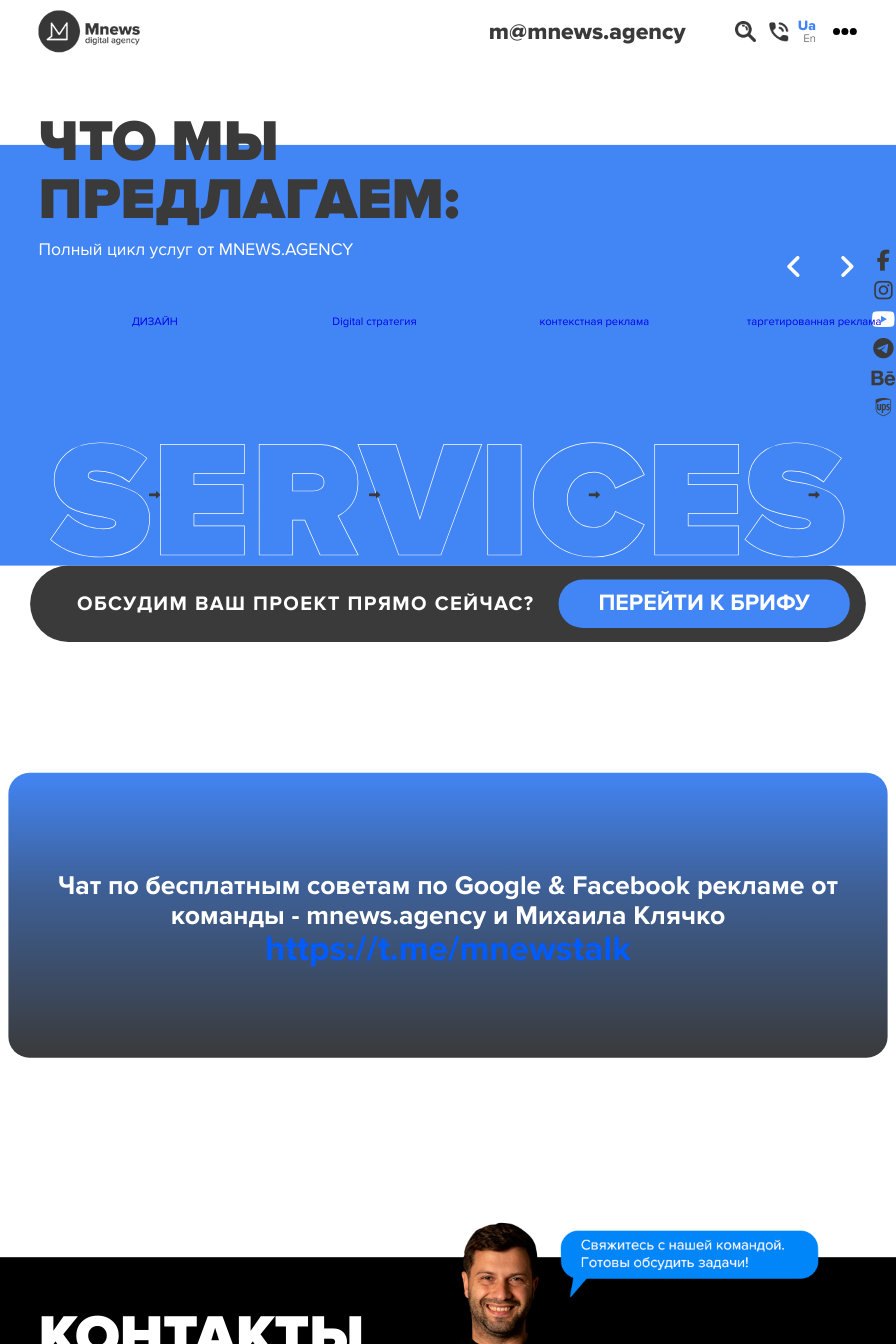
Repository: fanbear/Mnews
Page: services.html
The author's editor kept a copy of each file at every save. The page is drawn from the files as they stood at one save, then again after the next save.
The browser window is 1280 px wide. The pictures show the part of the page from y = 0 to 1920 px (the page is 3161 px tall), at 70% of full size.
Some web libraries are served in a nearby version.

Above is the page before, as saved 2022-08-09 16:02:13.

### services.html
<!DOCTYPE html>
<html lang="ua">

<head>
    <meta charset="UTF-8">
    <meta http-equiv="X-UA-Compatible" content="IE=edge">
    <meta name="viewport" content="width=device-width, initial-scale=1">
    <title>Document</title>
    <link rel="stylesheet" href="./css/normalize.css">
    <link rel="stylesheet" href="./css/bootstrap-grid.min.css">
    <link rel="stylesheet" href="./css/critical.css">
    <link rel="stylesheet" href="./css/main.css">
    <link rel="stylesheet" href="https://cdnjs.cloudflare.com/ajax/libs/font-awesome/6.1.2/css/all.min.css">
    <link rel="stylesheet" type="text/css" href="./css/slick.css" />


</head>

<body>
    <header class="header">
        <div class="container">
            <div class="row">
                <div class="col-xl-2">
                    <a href="/" class="header-logo">
                        <img src="./image/logotype.png" alt="Mnews" width="145" height="60">
                    </a>
                </div>
                <div class="col-xl-4"></div>
                <div class="col-xl-4"><a class="header-mail" href="mailTo:m@mnews.agency ">m@mnews.agency</a></div>
                <div class="col-xl-1 header-active">
                    <div class="header-search">
                        <img src="./image/search.png" alt="search-mnews" width="30" height="30">
                    </div>
                    <div class="header-callback">
                        <a href="tel:09966668741"><img src="./image/callback.png" width="27" height="27"
                                alt="mnews-callback"></a>
                    </div>
                </div>
                <div class="col-xl-1 header-menu">
                    <div class="header-language">
                        <a class="header-language__active" href="/">Ua</a>
                        <a href="/en">En</a>
                    </div>
                    <div class="header-menu">
                        <div class="header-menu__button">
                            <span class="circle"></span>
                            <span class="circle"></span>
                            <span class="circle"></span>
                        </div>
                        <div class="header-menu__list">
                            <ul>
                                <li><a href="/">О нас</a></li>
                                <li><a href="/">Отзывы</a></li>
                                <li><a href="/">Услуги</a></li>
                                <li><a href="/">Портфолио</a></li>
                                <li><a href="/">Клиенты</a></li>
                                <li><a href="/">Статьи</a></li>
                                <li><a href="/">Курс по Merchant Center</a></li>
                                <li><a href="/">Курсы по digital маркетингу</a></li>
                            </ul>
                        </div>
                    </div>
                </div>
            </div>
        </div>
    </header>
    <main class="main">
        <div class="services-page container-fluid">
            <div class="container services-page__wrapper">
                <div class="row">
                    <div class="services-page__title">Что мы <br> предлагаем:</div>
                    <div class="services-page__subtitle">Полный цикл услуг от MNEWS.AGENCY</div>
                </div>
            </div>
            <div class="container-fluid">
                <div class="slider-wrapper slider-services">
                    <div class="slider-item">
                        <div class="slider-item__theme">
                            <a href="/Mnews">Digital стратегия</a>
                            <span><i class="fa-solid fa-right-long"></i></span>
                        </div>
                    </div>
                    <div class="slider-item">
                        <div class="slider-item__theme">
                            <a href="/Mnews">контекстная реклама</a>
                            <span><i class="fa-solid fa-right-long"></i></span>
                        </div>
                    </div>
                    <div class="slider-item">
                        <div class="slider-item__theme">
                            <a href="/Mnews">таргетированная реклама</a>
                            <span><i class="fa-solid fa-right-long"></i></span>
                        </div>
                    </div>
                    <div class="slider-item">
                        <div class="slider-item__theme">
                            <a href="/Mnews">SEO</a>
                            <span><i class="fa-solid fa-right-long"></i></span>
                        </div>
                    </div>
                    <div class="slider-item">
                        <div class="slider-item__theme">
                            <a href="/Mnews">EMAIL МАРКЕТИНГ</a>
                            <span><i class="fa-solid fa-right-long"></i></span>
                        </div>
                    </div>
                    <div class="slider-item">
                        <div class="slider-item__theme">
                            <a href="/Mnews">РАЗРАБОТКА САЙТОВ</a>
                            <span><i class="fa-solid fa-right-long"></i></span>
                        </div>
                    </div>
                    <div class="slider-item">
                        <div class="slider-item__theme">
                            <a href="/Mnews">SMM</a>
                            <span><i class="fa-solid fa-right-long"></i></span>
                        </div>
                    </div>
                    <div class="slider-item">
                        <div class="slider-item__theme">
                            <a href="/Mnews">ЧАТ-БОТ ДЛЯ БИЗНЕСА</a>
                            <span><i class="fa-solid fa-right-long"></i></span>
                        </div>
                    </div>
                    <div class="slider-item">
                        <div class="slider-item__theme">
                            <a href="/Mnews">ДИЗАЙН</a>
                            <span><i class="fa-solid fa-right-long"></i></span>
                        </div>
                    </div>
                </div>
            </div>
            <div class="overtext"><span>SERVICES</span></div>
            <div class="main-agency__network">
                <a href="/"><i class="fa-brands fa-facebook-f"></i></a>
                <a href="/"><i class="fa-brands fa-instagram"></i></a>
                <a href="/"><i class="fa-brands fa-youtube"></i></a>
                <a href="/"><i class="fa-brands fa-telegram"></i></a>
                <a href="/"><i class="fa-brands fa-behance"></i></a>
                <a href="/"><i class="fa-brands fa-ups"></i></a>
            </div>
        </div>

        <div class="container brif">
            <div class="row">
                <div class="brif-wrapper">
                    <div class="brif-title">Обсудим Ваш проект прямо сейчас?</div>
                    <div class="brif-button"><a href="">Перейти к брифу</a></div>
                </div>
            </div>
        </div>
        <div class="container telegram">
            <div class="telegram-title">
                Чат по бесплатным советам по Google & Facebook рекламе
                от команды - mnews.agency и Михаила Клячко
            </div>
            <div class="telegram-subtitle"><a href="">https://t.me/mnewstalk</a></div>
        </div>
    </main>
    <footer class="footer">
        <div class="footer-wrapper">
            <div class="container">
                <div class="row">
                    <div class="footer-contact col-xl-5">
                        <div class="footer-contact__title">КОНТАКТЫ</div>
                        <div class="footer-contact__phone"> <a href="tel:0671995056">+38 (067) 199 50 56</a></div>
                        <div class="footer-contact__mail"><a href="mailto:m@mnews.agency ">m@mnews.agency</a></div>
                        <div class="footer-contact__adress">г. Харьков, пер. Отакара Яроша, 12 а, 61000, Харьков,
                            Харьковская область
                        </div>
                        <div class="footer-contact__social">
                            <a href="/"><i class="fa-brands fa-facebook-f"></i></a>
                            <a href="/"><i class="fa-brands fa-instagram"></i></a>
                            <a href="/"><i class="fa-brands fa-youtube"></i></a>
                            <a href="/"><i class="fa-brands fa-telegram"></i></a>
                            <a href="/"><i class="fa-brands fa-behance"></i></a>
                            <a href="/"><i class="fa-brands fa-ups"></i></a>
                            <a href=""></a>
                        </div>
                    </div>
                    <div class="col-xl-7 footer-promo">
                        <img class="img-responsive" src="./image/footer-raiting-img.png" alt="">
                        <div class="footer-promo__raiting">
                            <img class="img-responsive" src="./image/footer-raiting-1.jpg" alt="Google-партнером-1">
                            <img class="img-responsive" src="./image/footer-raiting-2.jpg" alt="Google-партнером-2">
                            <img class="img-responsive" src="./image/footer-raiting-3.jpg" alt="Google-партнером-3">
                            <img class="img-responsive" src="./image/footer-raiting-4.jpg" alt="Google-партнером-4">
                        </div>
                    </div>
                    <div class="col-xl-12 fotter-bottom">
                        <img class="img-responsive" src="./image/footer-bottom-1.jpg"
                            alt="Спілка українськиї Підприємств">
                        <img class="img-responsive" src="./image/footer-bottom-2.png" alt="Kharkiv it claster">
                    </div>
                </div>
            </div>
            <div class="footer-copyright">
                <div class="container">
                    <div class="row">
                        <div class="col-xl-12 footer-logo">
                            <img class="img-responsive" src="./image/footer-logo.png" alt="mnews">
                        </div>
                        <div class="col-xl-12 footer-text">
                            <p>Copyright © 2016-2022 - агентство интернет-маркетинга Михаила Клячко - mnews.agency
                                Этот сайт использует cookie-файлы для предоставления услуг в соответствии с нашей
                                политикой конфиденциальности.
                                Ваши данные никогда не будут переданы 3-м лицам или использованы в мошеннических целях.
                            </p>
                        </div>
                        <div class="col-xl-12 footer-text-2">
                            <p>Вы можете указать условия хранения или доступа cookie в вашем браузере.</p>
                            <a href="">договор публичной оферты</a>
                        </div>
                        <div class="col-xl-12 fotter-edr">
                            <p>ОВ МАРКЕТИНГ НЬЮ СОЛЮШНС</p>
                            <p>Код ЄДРПОУ: 44532753</p>
                        </div>
                        <div class="col-xl-12 footer-place">
                            <p>Юридична адреса: Україна, Харківська область, місто Харків, провулок Отакара Яроша, буд.
                                12А</p>
                        </div>
                    </div>
                </div>
            </div>
        </div>

        <script src="/js/bootstrap.min.js"></script>
        <script src="js/menu.js"></script>
        <script src="js/main.js"></script>
        <script src="https://kit.fontawesome.com/97e5db9e95.js" crossorigin="anonymous"></script>
        <script src="https://code.jquery.com/jquery-1.11.0.min.js"></script>
        <script src="https://code.jquery.com/jquery-migrate-1.2.1.min.js"></script>
        <script src="./js/slick.min.js"></script>
        <script src="./js/slider.js"></script>


    </footer>
</body>



</html>

### css/critical.css
@import 'settings.css';

html, body {
    overflow-x: hidden;
}

.container {
    max-width: 1170px;
}

.container-fluid {
    padding: 0;
}

a {
    text-decoration: none;
    padding: 0;
    margin: 0;
    line-height: 1;
}

p {
    padding: 0;
    margin: 0;
    line-height: 1;
}

ul {
    padding: 0;
    margin: 0;
    list-style: none;
}

body {
    font-family: "ProximaNova";
    color: var(--main-text-color);
}

/* Header style **********************
***************************************/
header {
    height: 90px;
    display: flex;
    justify-content: center;
    align-items: center;
}

.header-mail {
    display: flex;
    align-items: center;
    justify-content: center;
    height: 100%;
    color: var(--main-text-color);
    font-size: var(--standart-text-size);
    font-weight: bold;

}

.header-active {
    display: flex;
    align-items: center;
    justify-content: space-between;
}

.header-menu {
    display: flex;
    justify-content: space-between;
}

.header-language {
    display: flex;
    height: 100%;
    flex-direction: column;
    justify-content: center;
    margin-left: -10px;
}

.header-language a {
    font-size: 16px;
    color: var(--main-text-color);
    display: flex;
    justify-content: flex-end;
    font-weight: 200;
}

.header-language .header-language__active {
    font-size: 20px;
    color: #4285f4;
    display: flex;
    justify-content: flex-end;
    font-weight: bold;
}

.header-menu {
    position: relative;
}

.header-menu__button {
    display: flex;
    align-items: center;
    flex-direction: row;
    cursor: pointer;
    animation: menu-close 0.8s
}

.header-menu__button span {
    width: 10px;
    height: 10px;
    background: black;
    border-radius: 6px;
    margin: 0 1px;
}

.header-menu__button-active {
    justify-content: center;
    animation: menu-open 0.8s;
    flex-direction: column;
}

.header-menu__button-active span {
    background: #4285f4;
    transition: 0.4s;
    margin: 1px 0;
}




.header-menu__list {
    opacity: 0;
    position: absolute;
    top: -400px;
    right: -300px;
    background: var(--color-darkgrey);
    padding: 12px 15px 19px 29px;
    z-index: 9999;
    width: 190px;
    border-radius: 30px 0 30px 30px;
    animation: list-close 0.6s
}

.header-menu__list ul {
    text-align: right;
    margin: 0;
    padding: 0;
}

.header-menu__list ul li {
    list-style: none;
    padding: 5px 0;
}

.header-menu__list ul li a {
    text-decoration: none;
    black-space: nowrap;
    color: white;
    font-size: 16px;
    line-height: 12.5px;
}

.header-menu__list-active {
    opacity: 1;
    top: 90px;
    right: 0;
    animation: list-open 0.8s
}

@keyframes menu-open {
    0% {

        transform: scale(0);
    }

    100% {

        transform: scale(1);

    }
}

@keyframes menu-close {
    0% {

        transform: scale(0);
    }

    100% {

        transform: scale(1);
    }
}

@keyframes list-open {
    0% {
        top: -400px;
        right: -300px;
        transform: scale(0);
    }

    50% {
        top: -200px;
        right: -150px;
        transform: scale(0.5);
    }

    100% {
        top: 90px;
        right: 0;
        transform: scale(1);
    }
}

@keyframes list-close {
    0% {
        top: 90px;
        right: 0px;
        transform: scale(1);
        opacity: 1;
    }

    50% {
        top: -200px;
        right: -150px;
        transform: scale(0.5);
        opacity: 0.5;
    }

    100% {
        top: -400px;
        right: -300px;
        transform: scale(0);
        opacity: 0;
    }
}

/* Home page ******************************
********************************* */

.main-agency {
    width: 100%;
    display: flex;
    height: auto;
    position: relative;
    margin-top: 5px;
    background-position: center;
    background-size: cover;
    padding: 0;
    padding-bottom: 147px;
    background-repeat: no-repeat;
}


.main-agency__text {
    display: flex;
    position: relative;
}

.main-agency__name {
    margin-top: 190px;
    font-size: var(--medium-text-size);
    color: var(--main-text-color);
    font-weight: bold;
}

.main-agency__text h1 {
    color: white;
    margin-top: 60px;
    font-size: var(--big-text-size);
    font-weight: bold;
}

.main-agency__brif {
    margin-top: 257px;
    padding: 20px 23px 20px 68px;
    background: var(--color-darkgrey);
    border-radius: 55px;
    display: flex;
    align-items: center;
    justify-content: space-between;
}

.main-agency__brif span {
    color: white;
    font-size: var(--minimal-text-size);
    text-transform: uppercase;
}

.main-agency__brif a {
    padding: 20px 58px;
    border-radius: 34px;
    background: var(--color-blue);
    font-size: var(--medium-text-size);
    display: flex;
    color: white;
    font-weight: bold;
    text-transform: uppercase;
}

.main-agency__network {
    display: flex;
    flex-direction: column;
    align-items: flex-end;
    justify-content: center;
    position: absolute;
    right: 0;
    top: calc(50% - 26px * 6)
}

.main-agency__network a {
    display: flex;
    justify-content: center;
    width: 36px;
    margin: 6px 0;
}

.main-agency__network a i {
    font-size: 30px;
    color: var(--main-text-color);
    transition: 0.4s;
}

.main-agency__network a:nth-child(3) i {
    color: white;
}

.main-agency__network a i:hover {
    font-size: 40px;
    transition: 0.4s;
}

/* About-us page ***********************
*************************************** */
.about-us {
    margin-top: 160px;
    background-color: var(--color-blue);
    position: relative;

}

.about-us__wrapper {
    position: relative;
    padding-top: 130px;
    padding-bottom: 305px;
}

.about-us__circle {
    position: absolute;
    left: 100px;
    top: -190px;
    z-index: 1;
}

.about-us__director {
    position: absolute;
    left: 15px;
    z-index: 3;
    top: -149px;
}

.about-us__title {
    position: relative;
    z-index: 4;
    margin-left: -15px;
}

.about-us__title p {
    color: white;
    font-size: var(--big-text-size);
    font-weight: 800;
    margin-bottom: 5px;
}

.about-us__title span {
    color: white;
    font-size: 25px;
    font-weight: 500;
}

.overtext {
    position: absolute;
    left: 0;
    bottom: 0;
    z-index: 2;
    overflow: hidden;
    width: 100%;
    height: 17.5vw;
    display: flex;
    justify-content: center;
}

.overtext span {
    color: transparent;
    -webkit-text-stroke: 1px white;
    display: block;
    font-size: 18.5vw;
    font-weight: 800;
    font-family: "ProximaNova";
    text-transform: uppercase;
    white-space: nowrap;

}

/* Portfolio page *************************
*******************************************
******************************************* */
.portfolio-page {
    margin-top: 118px;
    margin-bottom: 160px;
    background-color: var(--color-blue);
    position: relative;
}

.portfolio-page__wrapper {
    position: relative;
}

.portfolio-page__title {
    font-size: var(--big-text-size);
    font-weight: 800;
    color: var(--main-text-color);
    max-width: 80%;
    margin-top: -45px;
    text-transform: uppercase;
}

.portfolio-page__subtitle {
    font-size: 25px;
    color: white;
    margin-top: 14px;
}

.portfolio-page__list {
    margin-top: 40px;
    display: flex;
    flex-wrap: wrap;
    width: 75%;
    position: relative;
    z-index: 3;
    margin-bottom: 87px;
}

.portfolio-page__list-item {
    width: calc(100% / 3 - 28px);
    display: flex;
    justify-content: center;
    align-items: center;
    height: 93px;
    background-color: var(--color-darkgrey);
    border-radius: 45px;
    margin-right: 28px;
    margin-bottom: 28px;
    position: relative;
    transition: 0.4s;
}

.portfolio-page__list-item a {
    font-size: 20px;
    color: white;
    font-weight: 500;
    text-transform: uppercase;
    text-align: center;
    line-height: 30px;
    transition: 0.4s;
    max-width: 80%;
}

.portfolio-page__list-item span i {
    color: white;
    position: absolute;
    bottom: 5px;
    left: 40px;
    font-size: 25px;
    color: var(--color-blue);
    opacity: 0;
    transform: scale(0);
    transform-origin: 0 0;
    transition: 0.6s;
}

.portfolio-page__list-item:hover {
    background: white;
    transition: 0.4s;
}

.portfolio-page__list-item:hover a {
    color: var(--main-text-color);
    transition: 0.4s;
}

.portfolio-page__list-item:hover span i {
    opacity: 1;
    transform: scale(1);
    transform-origin: -100% 50px;
    transition: 1s;
}

.portfolio-page .main-agency__network {
    right: 24px;
    z-index: 4;
}



/* Services page **************************
*******************************************
****************************************** */

.services-page {
    background-color: var(--color-blue);
    margin-top: 117px;
    padding-bottom: 90px;
    position: relative;
}

.services-page__wrapper {
    position: relative;
}

.services-page__title {
    font-size: var(--big-text-size);
    font-weight: 800;
    color: var(--main-text-color);
    max-width: 80%;
    margin-top: -45px;
    text-transform: uppercase;
    line-height: 83px;
}

.services-page__subtitle {
    font-size: 25px;
    color: white;
    margin-top: 14px;
}

.services-page .slider-item__theme {
    min-height: 267px;
    width: 266px;
}

.slider-services {
    position: relative;
    z-index: 5;
    margin-left: calc(75% - 1170px);
}

/* FONTS ******************************
*************************************** */

@font-face {
    font-family: "ProximaNova";
    src: url("../fonts/ProximaNova-Light.ttf") format("truetype");
    font-style: normal;
    font-weight: 200;
}

@font-face {
    font-family: "ProximaNova";
    src: url("../fonts/ProximaNova-Regular.ttf") format("truetype");
    font-style: normal;
    font-weight: 400;
}

@font-face {
    font-family: "ProximaNova";
    src: url("../fonts/ProximaNova-Semibold.ttf") format("truetype");
    font-style: normal;
    font-weight: 500;
}

@font-face {
    font-family: "ProximaNova";
    src: url("../fonts/ProximaNova-Bold.ttf") format("truetype");
    font-style: normal;
    font-weight: 600;
}

@font-face {
    font-family: "ProximaNova";
    src: url("../fonts/ProximaNova-Extrabld.ttf") format("truetype");
    font-style: normal;
    font-weight: 700;
}

@font-face {
    font-family: "ProximaNova";
    src: url("../fonts/ProximaNova-Black.ttf") format("truetype");
    font-style: normal;
    font-weight: 800;
}

### css/settings.css
:root {
    /* color */
    --main-text-color: #3a3a3a;
    --color-darkgrey: #3a3a3a;
    --color-blue: #4285f4;
    /* font-size */
    --minimal-text-size: 29px;
    --standart-text-size: 33px;
    --medium-text-size: 63px;
    --big-text-size: 83px;
}

/* :text {

} */

Loaded but not shown: css/normalize.css (library); css/bootstrap-grid.min.css (library); css/slick.css (common file); js/bootstrap.min.js (library); js/slick.min.js (library); js/slider.js (139 lines, source omitted); js/main.js (68 lines, source omitted); js/menu.js (16 lines, source omitted); css/main.css (1588 lines, source omitted)

After the next save:
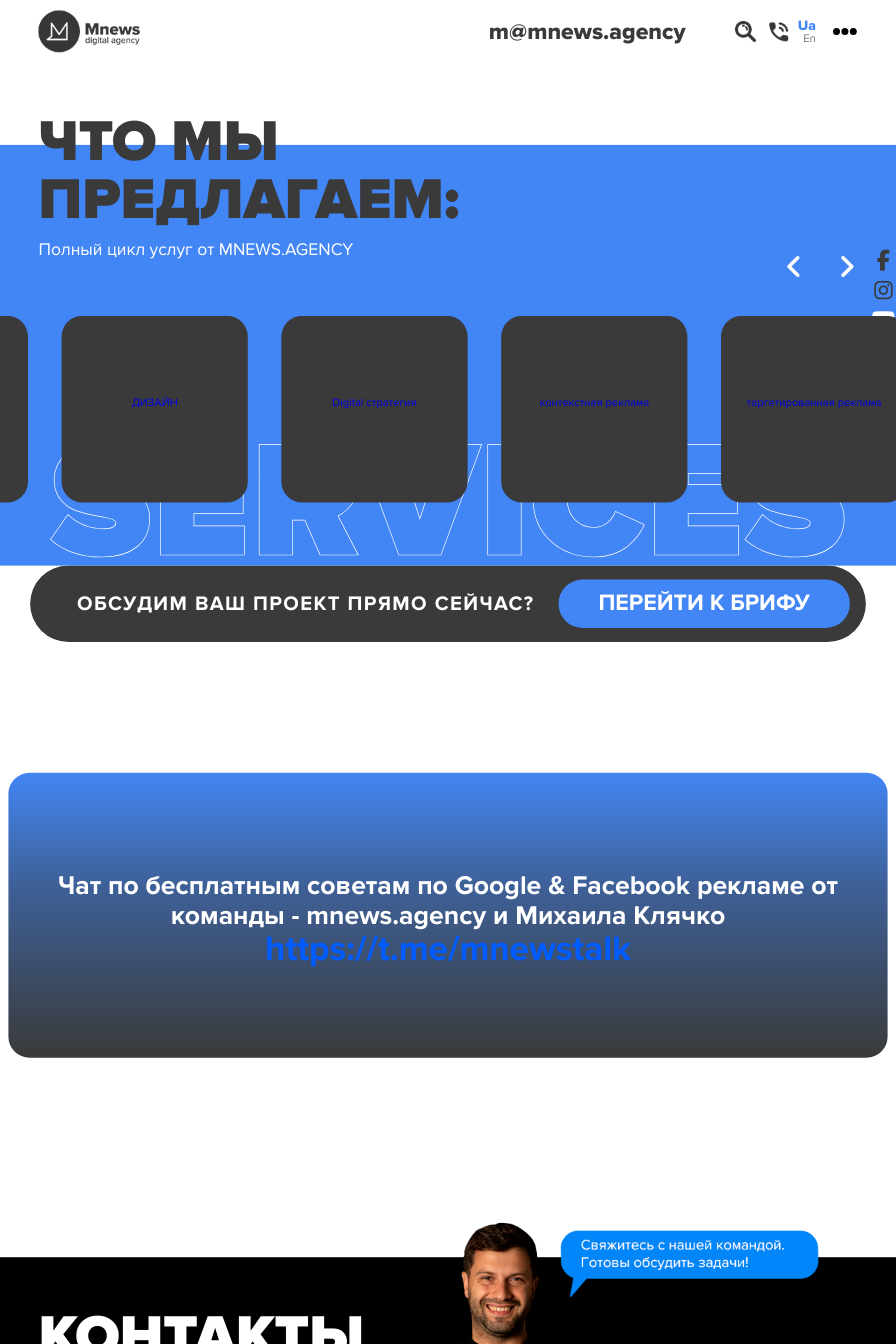
Saved 99 s later.
--- a/css/critical.css
+++ b/css/critical.css
@@ -535,6 +535,11 @@
 .services-page .slider-item__theme {
     min-height: 267px;
     width: 266px;
+    background-color: var(--color-darkgrey);
+    border-radius: 30px;
+    display: flex;
+    justify-content: center;
+    align-items: center;
 }
 
 .slider-services {
